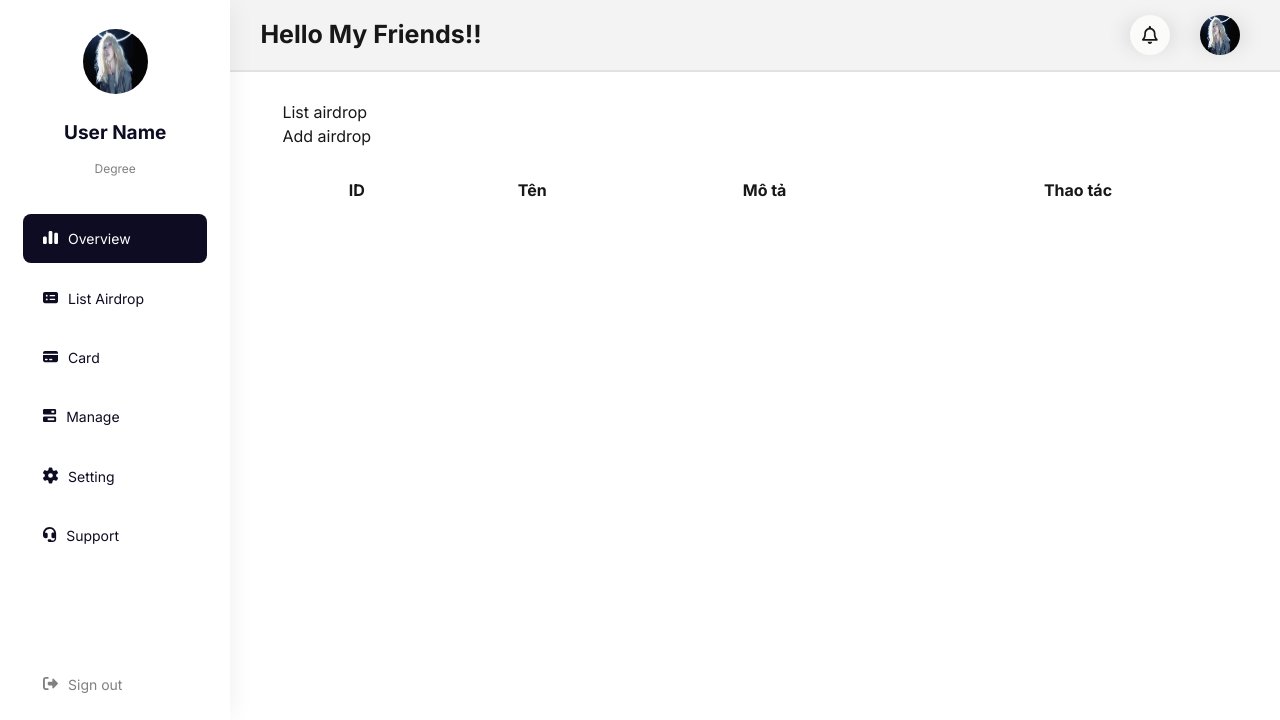
Repository: conGaStuer/airdropmamager
Page: /airdrops
These files come from the project's save history. The page is drawn as it stood at one moment and after the next save; the edit follows.
The browser window is 1280 px wide. The pictures show the whole page.
The page's requests for data from a server got no answer. The project was rebuilt for these pictures with package versions that can differ from the ones it lists, and the page was loaded fresh each time. The framework's server and built-in components were replaced by stand-ins that run in the browser. No one was signed in, and anything a server would have sent is missing. Also part of the build but not shown: next.config.ts.

Above is the page before, as saved 2025-05-26 19:37:33.

### src/app/layout.tsx
// app/layout.tsx
import { Inter } from "next/font/google";
import "../styles/globals.css";
import NavBar from "@/components/NavBar";
import SideBar from "@/components/SideBar";

const inter = Inter({ subsets: ["latin"] });

export const metadata = {
  title: "Airdrop Admin",
  description: "Manage Airdrops",
};

// app/layout.tsx
export default function RootLayout({
  children,
}: {
  children: React.ReactNode;
}) {
  return (
    <html lang="en">
      <body>{children}</body>
    </html>
  );
}

### src/app/airdrops/layout.js
// app/airdrops/layout.js (hoặc layout.tsx nếu bạn dùng TypeScript)
"use client";
import React from "react";
import NavBar from "@/components/NavBar";
import SideBar from "@/components/SideBar";

export default function AirdropLayout({ children }) {
  return (
    <div className="flex">
      <SideBar />
      <div className="flex-1">
        <NavBar />
        <main className="pt-20 pl-8">{children}</main>
      </div>
    </div>
  );
}

### src/app/airdrops/page.js
"use client";
import React from "react";
import { useState, useEffect } from "react";
import axios from "axios";
import { useRouter } from "next/navigation";
import NavBar from "@/components/NavBar";
import SideBar from "@/components/SideBar";
export default function AirdropPages() {
  const [airdrops, setAirdrops] = useState([]);

  useEffect(() => {
    const fetchAirdrops = async () => {
      try {
        const res = await axios.get("http://localhost:5000/api/airdrops");
        setAirdrops(res.data);
      } catch (err) {
        console.error("Error fetching airdrops:", err);
      }
    };
    fetchAirdrops();
  }, []);

  const handleDelete = async (id) => {
    if (confirm("Bạn có chắc muốn xóa airdrop này không?")) {
      await axios.delete(`http://localhost:5000/api/airdrops/${id}`);
      const res = await axios.get("http://localhost:5000/api/airdrops");
      setAirdrops(res.data);
    }
  };
  const router = useRouter();
  return (
    <div style={{ padding: 20 }}>
      <h1>List airdrop</h1>
      <button onClick={() => router.push("./airdrops/new")}>Add airdrop</button>
      <table
        border="1"
        cellPadding="10"
        style={{ marginTop: 20, width: "100%" }}
      >
        <thead>
          <tr>
            <th>ID</th>
            <th>Tên</th>
            <th>Mô tả</th>
            <th>Thao tác</th>
          </tr>
        </thead>
        <tbody>
          {airdrops.map((item) => (
            <tr key={item.id}>
              <td>{item.id}</td>
              <td>{item.name}</td>
              <td>{item.description}</td>
              <td>
                <button
                  onClick={() => router.push(`./airdrops/${item.id}/edit`)}
                >
                  Edit
                </button>
                <button onClick={() => handleDelete(item.id)}>Delete</button>
              </td>
            </tr>
          ))}
        </tbody>
      </table>
    </div>
  );
}

### src/styles/globals.css
@tailwind base;
@tailwind components;
@tailwind utilities;

:root {
  --background: #ffffff;
  --foreground: #171717;
}

@media (prefers-color-scheme: dark) {
  :root {
    --background: #ffffff;
    --foreground: #393737;
  }
}

body {
  color: var(--foreground);
  background: var(--background);
  font-family: inter;
  background-size: cover;
  background-position: center;
}

### src/components/NavBar.js
import React from "react";
import "../styles/navbar.scss";
import { FontAwesomeIcon } from "@fortawesome/react-fontawesome";
import {
  faEdit,
  faTrash,
  faRectangleList,
  faChartSimple,
  faCreditCard,
  faBarsProgress,
  faGear,
  faHeadset,
  faRightFromBracket,
  faRing,
} from "@fortawesome/free-solid-svg-icons";
import { faBell } from "@fortawesome/free-regular-svg-icons";
import Image from "next/image";
export default function NavBar() {
  return (
    <div className="nav-side">
      <p>Hello My Friends!!</p>
      <div className="menu">
        <div className="iconn">
          <FontAwesomeIcon icon={faBell} className="icon" />
        </div>
        <Image src="/styles/avt.jpg" alt="Avatar" width={20} height={20} />
      </div>
    </div>
  );
}

### src/components/SideBar.js
import React from "react";
import "../styles/sideBar.scss";
import { FontAwesomeIcon } from "@fortawesome/react-fontawesome";
import {
  faEdit,
  faTrash,
  faRectangleList,
  faChartSimple,
  faCreditCard,
  faBarsProgress,
  faGear,
  faHeadset,
  faRightFromBracket,
} from "@fortawesome/free-solid-svg-icons";
import Image from "next/image";
import Link from "next/link";
export default function SideBar() {
  return (
    <div className="side-bar">
      <div className="side-info">
        <div className="user-profile">
          <Image src="/styles/avt.jpg" alt="Avatar" width={80} height={80} />
          <h4>User Name</h4>
          <p>Degree</p>
        </div>
      </div>
      <div className="side-menu">
        <div className="menu-element menu-element1">
          <FontAwesomeIcon icon={faChartSimple} className="icon" />

          <span>Overview</span>
        </div>
        <Link href="./airdrops" className="menu-element">
          <FontAwesomeIcon icon={faRectangleList} className="icon" />

          <span>List Airdrop</span>
        </Link>
        <div className="menu-element">
          <FontAwesomeIcon icon={faCreditCard} className="icon" />
          <span>Card</span>
        </div>
        <div className="menu-element">
          <FontAwesomeIcon icon={faBarsProgress} className="icon" />
          <span>Manage</span>
        </div>
        <div className="menu-element">
          <FontAwesomeIcon icon={faGear} className="icon" />
          <span>Setting</span>
        </div>
        <div className="menu-element">
          <FontAwesomeIcon icon={faHeadset} className="icon" />

          <span>Support</span>
        </div>
      </div>
      <div className="side-logout">
        <FontAwesomeIcon icon={faRightFromBracket} className="icon" />
        <span>Sign out</span>
      </div>
    </div>
  );
}

### src/styles/navbar.scss
@mixin center-div {
  display: flex;

  justify-content: space-between;
  align-items: center;
}
@mixin no-space-text {
  margin: 0px;
  padding: 0px;
}
.nav-side {
  width: 82%;
  height: 10vh;
  background-color: #f3f3f3;
  position: fixed;
  float: right;
  right: 0px;

  border-bottom-right-radius: 0px;
  @include center-div();
  padding-left: 30px;
  padding-right: 40px;
  border-bottom: 2px solid rgb(226, 226, 226);
  p {
    font-size: 25px;
    font-weight: bold;
    font-family: "Inter", sans-serif;
  }
  .menu {
    width: 120px;
    height: 90%;
    @include center-div();

    .iconn {
      width: 40px;
      height: 40px;
      background-color: #fbfbfa;
      border-radius: 50%;
      @include center-div();
      justify-content: center;
      position: relative;
      left: 10px;
      box-shadow: 10px 0 20px -5px rgba(0, 0, 0, 0.1),
        -10px 0 20px -5px rgba(0, 0, 0, 0.1);

      .icon {
        font-size: 18px;
      }
    }
    img {
      width: 40px;
      height: 40px;
      border-radius: 50%;
      box-shadow: 10px 0 20px -5px rgba(0, 0, 0, 0.1),
        -10px 0 20px -5px rgba(0, 0, 0, 0.1);
    }
  }
}

### src/styles/sideBar.scss
@mixin center-div {
  display: flex;
  flex-direction: column;
  justify-content: space-between;
  align-items: center;
}
@mixin no-space-text {
  margin: 0px;
  padding: 0px;
}
.side-bar {
  font-family: "Inter", sans-serif;
  @include center-div();
  width: 18%;
  height: 100vh;
  background-color: white;
  color: #808080;
  box-shadow: 10px 0 20px -5px rgba(0, 0, 0, 0.05),
    -10px 0 20px -5px rgba(0, 0, 0, 0.05);
  z-index: 1;
  .icon {
    font-size: 15px;
    margin-right: 10px;
    position: relative;
    top: -1px;
  }
  .side-info {
    width: 80%;
    height: 34%;
    display: flex;
    flex-direction: column;
    justify-content: space-around;
    align-items: center;
    position: relative;
    top: -10px;
    h4 {
      @include no-space-text();
      font-size: 18px;
      font-weight: bold;
    }
    .user-profile {
      width: 75%;
      height: 68%;
      @include center-div();

      img {
        width: 65px;
        height: 65px;
        border-radius: 50%;
      }
      h4 {
        font-size: 19px;
        font-weight: bold;
        @include no-space-text();
        position: relative;
        top: -3px;
        color: #0d0c22;
      }
      p {
        @include no-space-text();
        font-size: 12px;
        position: relative;
        top: -18px;
      }
    }
  }
  .side-menu {
    width: 80%;
    height: 48%;
    @include center-div();
    position: relative;
    top: -65px;
    .menu-element {
      width: 100%;
      height: 14%;
      background-color: white;
      border-radius: 8px;
      font-size: 14px;
      display: flex;
      align-items: center;
      padding: 20px;
      color: #0d0c22;
    }
    .menu-element1 {
      background-color: #0d0c22;
      color: white;
    }
  }
  .side-logout {
    width: 80%;
    height: 7%;
    display: flex;
    align-items: center;
    padding: 20px;
    margin-bottom: 10px;
    span {
      font-size: 14px;
    }
  }
}

### tailwind.config.ts
import type { Config } from "tailwindcss";

export default {
  content: [
    "./src/pages/**/*.{js,ts,jsx,tsx,mdx}",
    "./src/components/**/*.{js,ts,jsx,tsx,mdx}",
    "./src/app/**/*.{js,ts,jsx,tsx,mdx}",
  ],
  theme: {
    extend: {
      colors: {
        background: "var(--background)",
        foreground: "var(--foreground)",
      },
      fontFamily: {
        sans: ["var(--font-inter)", "sans-serif"],
      },
    },
  },
  plugins: [],
} satisfies Config;

After the next save:
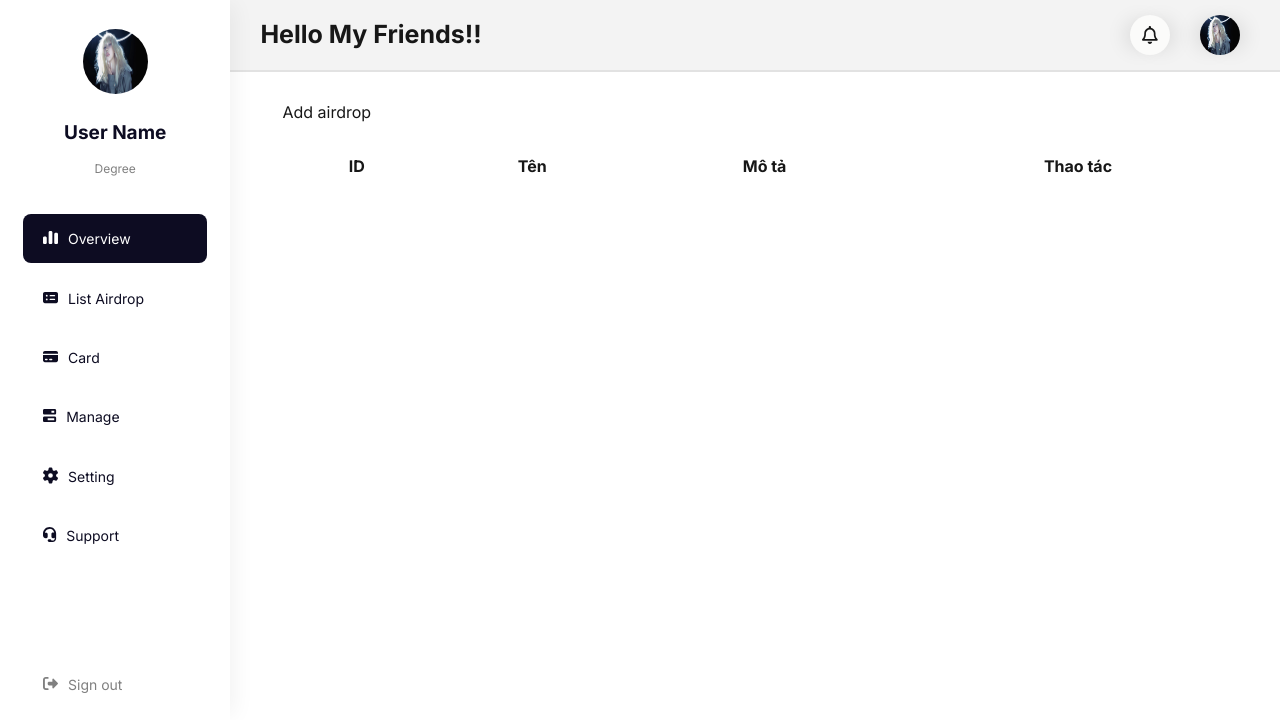
Saved 17 s later.
--- a/src/app/airdrops/page.js
+++ b/src/app/airdrops/page.js
@@ -30,7 +30,6 @@ export default function AirdropPages() {
   const router = useRouter();
   return (
     <div style={{ padding: 20 }}>
-      <h1>List airdrop</h1>
       <button onClick={() => router.push("./airdrops/new")}>Add airdrop</button>
       <table
         border="1"
